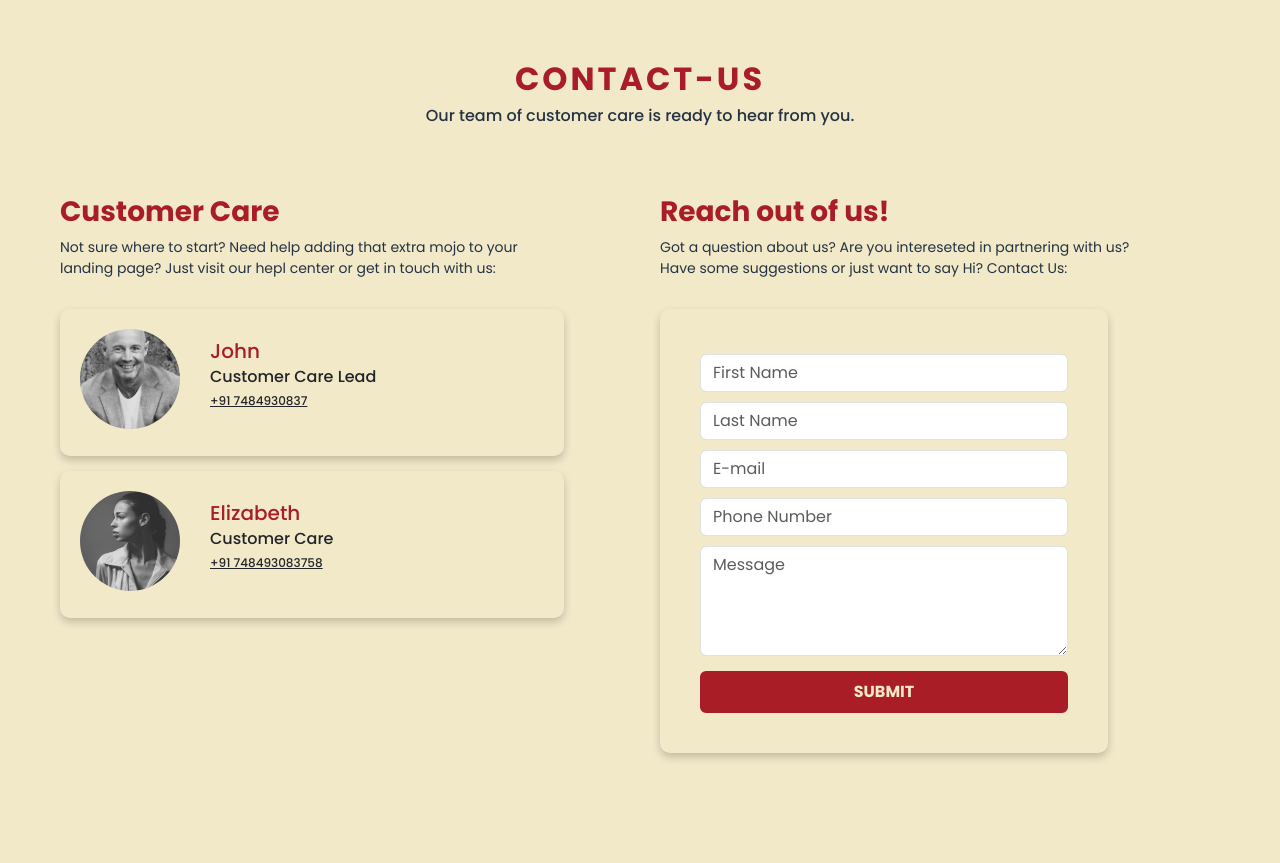
Repository: SharonSebastian32/Event-Management-System-
Page: index.html
These files come from the project's save history. The page is drawn as it stood at one moment and after the next save; the edit follows.
The browser window is 1280 px wide. The pictures show the part of the page from y = 4138 to 5025 px (the page is 5001 px tall before and 5025 px after).
A picture or video elsewhere on the page could not be fetched, so the positions and the page height are approximate.

Above is the page before, as saved 2024-09-06 12:18:14.
Not found: assets/css/ContactUs.css

### index.html
<!DOCTYPE html>
<html lang="en">
  <head>
    <meta charset="UTF-8" />
    <meta name="viewport" content="width=device-width, initial-scale=1.0" />
    <link rel="icon" type="image/x-icon" href="./Assets/images/aa.png" />
    <title>Star Events</title>
    <link
      rel="stylesheet"
      href="https://cdnjs.cloudflare.com/ajax/libs/font-awesome/5.15.4/css/all.min.css"
    />
    <link rel="stylesheet" href="./Css/Styles.css" />

    <!-- conatct us  -->
    <link rel="stylesheet" href="/assets/css/ContactUs.css" />
    <link
      href="https://cdn.jsdelivr.net/npm/bootstrap@5.3.0/dist/css/bootstrap.min.css"
      rel="stylesheet"
    />
  </head>
  <body>
    <!-- hero section start -->
    <nav>
      <div class="nav-container">
        <div class="logo">
          <a href="#home">
            <img src="./Assets/images/aa.png" alt="Event Management Logo" />
          </a>
        </div>
        <ul class="nav-links">
          <li><a href="#home">HOME</a></li>
          <li><a href="#about">ABOUT US</a></li>
          <li><a href="#events-sect">EVENTS</a></li>
          <li><a href="#services">SERVICES</a></li>
          <li><a href="#partners us">PARTNERS US</a></li>
          <li><a href="#gallery">GALLERY</a></li>
          <li><a href="#contact-us">CONTACT US</a></li>
        </ul>
        <div class="sign-in">
          <a href="#login">SIGN IN</a>
        </div>
      </div>
    </nav>

    <!-- Section for Event Management Video -->
    <section class="video-section">
      <video autoplay muted loop>
        <source src="./Assets/videos/aa.mp4" type="video/mp4" />
        Your browser does not support the video tag.
      </video>
    </section>

    <!-- hero section end -->

    <!-- about us section  start-->
    <section id="about" class="about-us-section">
      <div class="about-container">
        <div class="about-text">
          <h2>ABOUT US</h2>
          <p>
            We are a leading event management company specializing in creating
            unforgettable experiences for our clients. With a team of passionate
            professionals, we bring ideas to life and turn your vision into
            reality.
          </p>
          <p>
            Whether it’s a corporate event, wedding, or private celebration, our
            attention to detail and personalized approach ensures that every
            event is a success.
          </p>
        </div>
        <div class="about-image">
          <img src="./Assets/images/about-us.jpg" alt="About Us" />
        </div>
      </div>
    </section>
    <!-- about us section  ends-->

    <!-- events section start -->

    <section id="events-sect" style="background-color: #f2e9c9">
      <center>
        <h1
          style="font-size: 45px; color: #a91d26; padding-top: 10px"
          data-aos="zoom-in"
        >
          EVENTS
        </h1>
        <form class="search-form" data-aos="flip-down">
          <input
            type="text"
            name="search"
            id="search"
            placeholder="Search events by name, category, price"
            data-aos="flip-down"
          />
          <button type="submit">Search</button>
        </form>
      </center>
      <div class="event-container" id="event-container">
        <!-- Event cards will be injected here by JavaScript -->
      </div>
      <div id="event-modal" class="modal" data-aos="fade-in">
        <div class="modal-content">
          <span class="close">&times;</span>
          <h2>Event Details</h2>
          <p id="event-description">Details will be displayed here.</p>
          <br />
          <a
            href="https://sharonsebastian32.github.io/razorpaypaymentgateway_implementation/"
            target="_blank"
          >
            <button class="view-details-btn">Register Now</button>
          </a>
        </div>
      </div>
    </section>

    <!-- events section end -->

    <!-- conatct us section -->
    <div class="container-fluid contact_us" id="contact-us">
      <h2>CONTACT-US</h2>
      <h6>Our team of customer care is ready to hear from you.</h6>

      <div class="row main_section">
        <div class="col-md-6 section1">
          <h3>Customer Care</h3>
          <p>
            Not sure where to start? Need help adding that extra mojo to your
            landing page? Just visit our
            <span>hepl center</span> or get in touch with us:
          </p>
          <div class="customer_care">
            <div class="customer_care_profile">
              <div class="profile_img">
                <img src="./Assets/images/men.jpg" alt="customer_care" />
              </div>
              <div class="profile_details">
                <h5>John</h5>
                <h6>Customer Care Lead</h6>
                <p>+91 7484930837</p>
              </div>
            </div>
            <div class="customer_care_profile">
              <div class="profile_img">
                <img src="./Assets/images/women.jpg" alt="customer_care" />
              </div>
              <div class="profile_details">
                <h5>Elizabeth</h5>
                <h6>Customer Care</h6>
                <p>+91 748493083758</p>
              </div>
            </div>
          </div>
        </div>
        <div class="col-md-6 section2">
          <h3>Reach out of us!</h3>
          <p>
            Got a question about us? Are you intereseted in partnering with us?
            Have some suggestions or just want to say Hi? Contact Us:
          </p>
          <form action="">
            <input
              class="form-control"
              type="text"
              name="first_name"
              placeholder="First Name"
              required
            />
            <input
              class="form-control"
              type="text"
              name="last_name"
              placeholder="Last Name"
              required
            />
            <input
              class="form-control"
              type="email"
              name="email"
              placeholder="E-mail"
              required
            />
            <input
              class="form-control"
              type="tel"
              name="phone"
              placeholder="Phone Number"
              required
            />
            <textarea
              class="form-control"
              name="message"
              id=""
              rows="4"
              placeholder="Message"
            ></textarea>
            <button class="btn">SUBMIT</button>
          </form>
        </div>
      </div>
    </div>
    <!-- contact us section -->





    <script src="./Js/Scripts.js"></script>
    <script src="https://cdn.jsdelivr.net/npm/bootstrap@5.3.0/dist/js/bootstrap.bundle.min.js"></script>
  </body>
</html>

### Css/Styles.css
 @import url('https://fonts.googleapis.com/css2?family=Poppins:ital,wght@0,100;0,200;0,300;0,400;0,500;0,600;0,700;0,800;0,900;1,100;1,200;1,300;1,400;1,500;1,600;1,700;1,800;1,900&display=swap');

:root {
    --main-color: #d3ad7f;
    --black: #13131a;
    --bg: #010103;
    --border: .1rem solid rgba(255, 255, 255, .3);
}


body {
    margin: 0;
font-family: "Poppins"; }

nav {
    background-color: #f2e9c9;
    padding: 10px 20px;
}

.nav-container {
    display: flex;
    justify-content: space-between;
    align-items: center;
}

.logo img {
    height: 80px;
}

.nav-links {
    list-style-type: none;
    display: flex;
    margin: 0;
    padding: 0;
}

.nav-links li {
    margin: 0 20px;
}

.nav-links li a {
    color: #a91d26;
    text-decoration: none;
    font-weight: bold;
}

.nav-links li a:hover {
    color: #FFD700;
    /* Golden color */
}

.sign-in a {
    background-color: #FFD700;
    color: maroon;
    padding: 10px 20px;
    border-radius: 5px;
    text-decoration: none;
    font-weight: bold;
}

.sign-in a:hover {
    background-color: #FFA500;
    /* Darker golden shade */
    color: #233244;
}

/* Styling for Video Section */
.video-section {
    width: 100%;
    height: 100vh;
    /* Full viewport height */
    overflow: hidden;
    position: relative;
}

.video-section video {
    position: absolute;
    top: 0;
    left: 0;
    width: 100%;
    height: 100%;
    object-fit: cover;
    /* Ensures the video covers the entire container */
}





/* event css start */


 * {
     margin: 0;
     padding: 0;
     box-sizing: border-box;
     font-family: "Poppins";
 }


 body {
      background-color: rgb(255, 255, 220);
 }

 .event-container {
     display: flex;
     flex-direction: column;
     align-items: center;
     padding: 20px;
     width: 70%;

 }

 .event-card {
     display: flex;
     background-color: #ffffff;
     box-shadow: 0 4px 8px hwb(0 51% 46% / 0.926);
     border-radius: 10px;
     overflow: hidden;
     margin-bottom: 20px;
     width: 80%;
     max-width: 800px;
 }

 .event-card img {
     margin: 20px;
     width: 260px;
     height: 200px;
     object-fit: cover;
 }

 .event-details {
     padding: 20px;
     display: flex;
     flex-direction: column;
     justify-content: space-between;
 }

 .event-details h2 {
     font-size: 1.5em;
     margin-bottom: 10px;
 }

 .event-details p {
     margin-bottom: 8px;
     font-size: 0.95em;
 }

 .event-details a {
     color: #007BFF;
     text-decoration: none;
 }

 .event-details a:hover {
     text-decoration: underline;
 }

 .price,
 .date,
 .location {
     font-weight: bold;
 }

 .social-links a {
     margin-right: 10px;
     color: #555;
 }

 .social-links a:hover {
     color: #007BFF;
 }


 .search-form {
     display: flex;
     justify-content: center;
     align-items: center;
     margin: 20px 0;
 }

 .search-form input[type="text"] {
     padding: 10px;
     font-size: 16px;
     border: 2px solid #ccc;
     border-radius: 30px 0 0 30px;
     outline: none;
     width: 300px;
     transition: all 0.3s ease;
 }

 .search-form input[type="text"]:focus {
     border-color: #a91d26;
 }

 .search-form button {
     padding: 10px 20px;
     background-color: #a91d26;
     color: white;
     border: none;
     border-radius: 0 30px 30px 0;
     cursor: pointer;
     font-size: 16px;
     transition: background-color 0.3s ease;
 }

 .search-form button:hover {
     background-color: #480606;
 }

 .search-form button:focus {
     outline: none;
 }

 .view-details-btn {
     background-color: red;
     /* Red background */
     color: white;
     /* White text */
     padding: 5px 10px;
     /* Smaller padding */
     border: none;
     /* No border */
     cursor: pointer;
     /* Pointer on hover */
     font-size: 14px;
     /* Smaller font size */
     border-radius: 3px;
     /* Slightly rounded corners */
     margin-top: 10px;
     /* Margin at the top */
     transition: background-color 0.3s ease;
     /* Smooth hover transition */
 }

 .view-details-btn:hover {
     background-color: darkred;
     /* Darker red on hover */
 }



 /* The Modal (background) */
 .modal {
     display: none;
     /* Hidden by default */
     position: fixed;
     /* Stay in place */
     z-index: 1;
     /* Sit on top */
     left: 0;
     top: 0;
     width: 100%;
     /* Full width */
     height: 100%;
     /* Full height */
     background-color: rgba(0, 0, 0, 0.5);
     /* Black background with opacity */
 }

 /* Modal Content */
 .modal-content {
     background-color: white;
     margin: 10% auto;
     padding: 20px;
     border: 1px solid #888;
     width: 1000px;
     height: 400px;
     position: relative;
     box-shadow: 0 4px 8px rgba(0, 0, 0, 0.2);
 }

 /* Close Button */
 .close {
     color: #aaa;
     float: right;
     font-size: 28px;
     font-weight: bold;
     cursor: pointer;
 }

 .close:hover,
 .close:focus {
     color: black;
     text-decoration: none;
     cursor: pointer;
 }

/* event css end */



/* contact css start */
@import url('https://fonts.googleapis.com/css2?family=SUSE:wght@100..800&display=swap');

:root {
    --primary-color: #f2e9c9;
    --secondary-color: #233244;
    --ternay-color: #a91d26;
    --primary-font: "SUSE", sans-serif;
}

body {
    margin: 0;
    padding: 0;
    box-sizing: border-box;
    font-family: var(--primary-font);
}

.contact_us {
    background-color: var(--primary-color);
    min-height: 100vh;
    padding: 40px !important;
}

.contact_us>h2 {
    text-align: center;
    color: var(--ternay-color);
    font-weight: 700;
    letter-spacing: 3px;

}

.contact_us>h6 {
    text-align: center;
    color: var(--secondary-color);

}

.contact_us>.main_section {
    margin: 30px 0px;
    padding: 30px 0px;
}

.main_section>.section1 {
    padding: 10px 20px;
}

.main_section>.section1>h3 {
    color: var(--ternay-color);
    font-weight: 700;
}

.main_section>.section1>p {
    color: var(--secondary-color);
    font-weight: 400;
    font-size: 14px;
    max-width: 90%;
    margin-bottom: 30px;
}

.customer_care>.customer_care_profile {
    display: flex;
    padding: 20px;
    border-radius: 10px;
    margin: 15px 0px;
    max-width: 90%;
    box-shadow: 0px 4px 8px rgba(0, 0, 0, 0.2);
    cursor: pointer;
}

.customer_care>.customer_care_profile>.profile_img {
    margin-right: 30px;
    border-radius: 50%;
    width: 100px;
    height: 100px;
    overflow: hidden;

}

.customer_care>.customer_care_profile>.profile_img>img {
    object-fit: cover;
    width: 100%;
    height: 100%;
    filter: grayscale();
}

.customer_care>.customer_care_profile>.profile_details {
    margin: 10px 0px;
}

.customer_care>.customer_care_profile>.profile_details>h5 {
    color: var(--ternay-color);
    font-size: 20px;
    font-weight: 500;
    margin-bottom: 4px;
}

.customer_care>.customer_care_profile>.profile_details>h6 {
    margin-bottom: 6px;
    font-size: 16px;
}

.customer_care>.customer_care_profile>.profile_details>p {
    font-size: 12px;
    font-weight: 500;
    text-decoration: underline;

}

.main_section>.section2 {
    padding: 10px 20px;
}

.main_section>.section2>h3 {
    color: var(--ternay-color);
    font-weight: 700;
}

.main_section>.section2>p {
    color: var(--secondary-color);
    font-weight: 400;
    font-size: 14px;
    max-width: 90%;
    margin-bottom: 30px;
}

.main_section>.section2>form {
    display: flex;
    flex-direction: column;
    max-width: 80%;
    box-shadow: 0px 4px 8px rgba(0, 0, 0, 0.2);
    padding: 40px;
    border-radius: 10px;
}

.main_section>.section2>form>input {
    margin: 5px 0px;

}

.main_section>.section2>form>textarea {
    margin: 5px 0px;

}

.main_section>.section2>form>button {
    background-color: var(--ternay-color);
    color: var(--primary-color);
    margin-top: 10px;
    border: 2px solid var(--ternay-color);
    font-weight: bold;
    padding: 7px;
    transition: 0.4s ease-in-out;

}

.main_section>.section2>form>button:hover {
    background-color: var(--primary-color);
    color: var(--ternay-color);
}
 /* contact css end */




   /* About Us Section Styling */
   .about-us-section {
       display: flex;
       align-items: center;
       justify-content: center;
       padding: 50px 20px;
       background-color: #efefef;
   }

   .about-container {
       display: flex;
       flex-direction: row;
       align-items: center;
       justify-content: space-between;
       max-width: 1200px;
       width: 100%;
   }

   .about-text {
       flex: 1;
       margin-right: 20px;
       max-width: 600px;
       /* Limits the width of the text block */
   }

   .about-text h2 {
       font-size: 2.5rem;
       color: #333;
   }

   .about-text p {
       font-size: 1.1rem;
       color: #555;
       line-height: 1.6;
       text-align: justify;
       /* Makes the paragraph text aligned in a block */
       margin-bottom: 20px;
       /* Consistent space between paragraphs */
   }

   .about-image {
       flex: 1;
       text-align: right;
   }

   .about-image img {
       max-width: 100%;
       height: auto;
       border-radius: 10px;
   }

### Js/Scripts.js
document.addEventListener("DOMContentLoaded", () => {
  fetch("../json/events.json")
    .then((response) => response.json())
    .then((data) => renderEvents(data))
    .catch((error) => console.error("Error loading events:", error));

  const modal = document.getElementById("event-modal");
  const closeBtn = document.querySelector(".close");

  closeBtn.onclick = function () {
    modal.style.display = "none";
  };

  window.onclick = function (event) {
    if (event.target === modal) {
      modal.style.display = "none";
    }
  };
});

function renderEvents(events) {
  const eventContainer = document.getElementById("event-container");
  events.forEach((event) => {
    const eventCard = document.createElement("div");
    eventCard.classList.add("event-card");

    eventCard.innerHTML = `
      <img src="${event.thumbnail}" alt="${event.eventName}">
      <div class="event-details">
        <h2>${event.eventName}</h2>
        <p class="date"><strong>Date:</strong> ${new Date(
          event.date
        ).toLocaleDateString()}</p>
        <p class="time"><strong>Time:</strong> ${new Date(
          event.startTime
        ).toLocaleTimeString()} - ${new Date(
      event.endTime
    ).toLocaleTimeString()}</p>
        <p class="location"><strong>Location:</strong> ${
          event.location.venueName
        }, ${event.location.city}, ${event.location.state}, ${
      event.location.country
    }</p>
        <p class="price"><strong>Price:</strong> ₹${event.price.basePrice}</p>
        <button class="view-details-btn">View Details</button>
      </div>
    `;

    eventContainer.appendChild(eventCard);

    const viewDetailsBtn = eventCard.querySelector(".view-details-btn");
    viewDetailsBtn.addEventListener("click", () => {
      document.getElementById(
        "event-description"
      ).textContent = `More details about ${event.eventName}...`;
      document.getElementById("event-modal").style.display = "block";
    });
  });
}

Loaded but not shown: json/events.json (837 lines, source omitted)

After the next save:
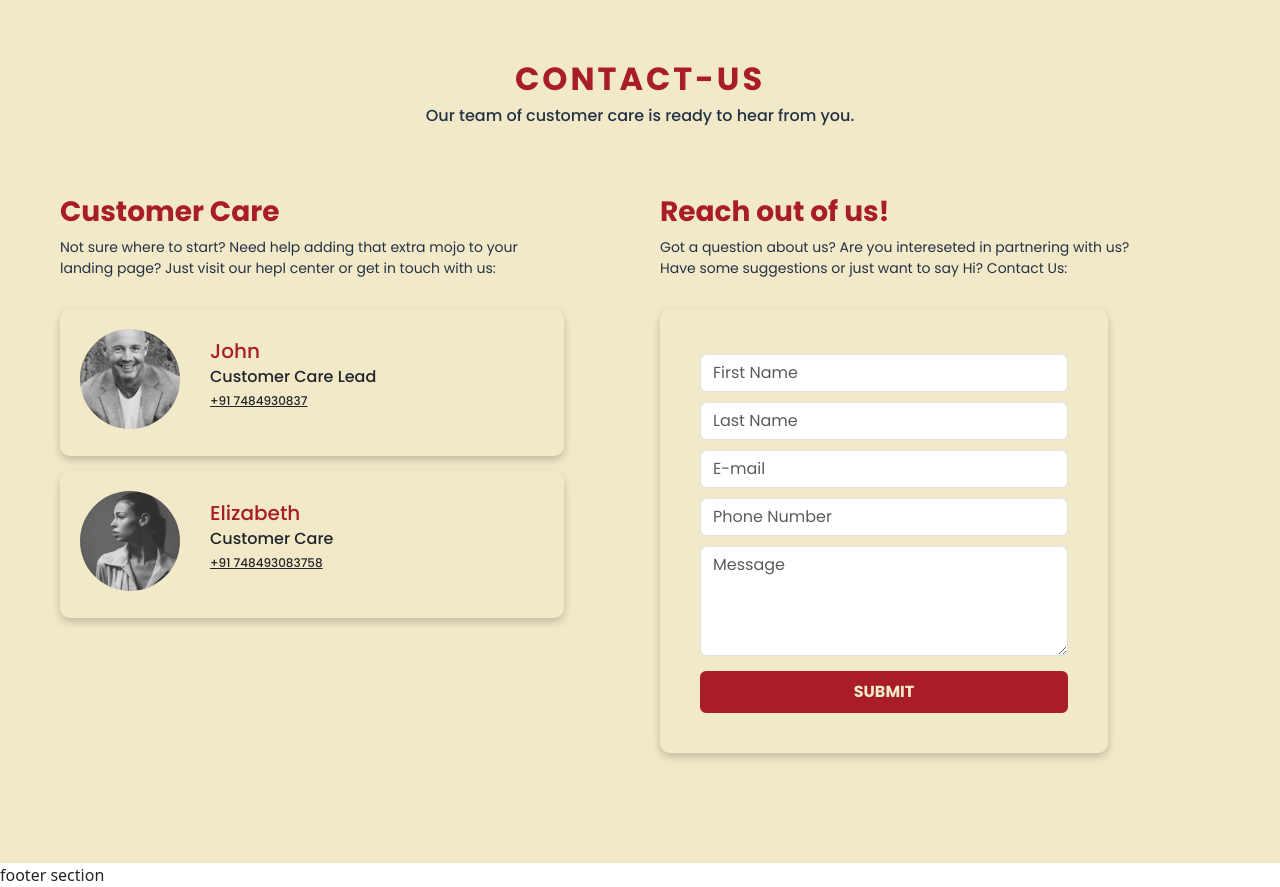
Saved 8 s later.
--- a/index.html
+++ b/index.html
@@ -205,7 +205,7 @@
 
 
 
-
+    footer section
 
     <script src="./Js/Scripts.js"></script>
     <script src="https://cdn.jsdelivr.net/npm/bootstrap@5.3.0/dist/js/bootstrap.bundle.min.js"></script>
